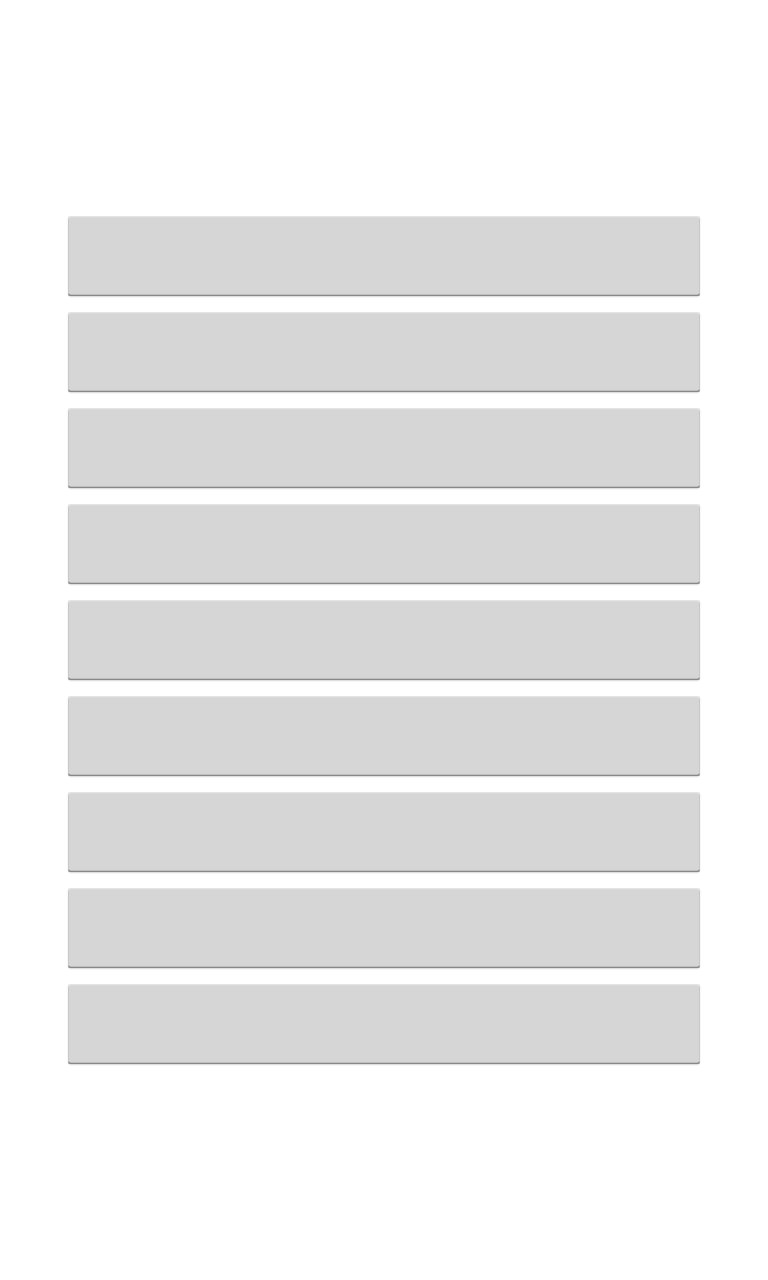
Repository: thiagopsilva/Android-book
Layout: Audio/res/layout/activity_audio.xml
An editor plug-in stored every save of this project. The layout is shown before and after the next save, followed by the edit.
It is drawn on a 768 x 1280 px phone screen (xhdpi) without system bars, with theme AppTheme; the app's code is not run.

Above is the layout before, as saved 2012-12-13 16:41:03.

### Audio/res/layout/activity_audio.xml
<LinearLayout xmlns:android="http://schemas.android.com/apk/res/android"
    xmlns:tools="http://schemas.android.com/tools"
    android:orientation="vertical"
    android:gravity="center"
    android:layout_width="fill_parent"
    android:layout_height="fill_parent"
    android:padding="30dip"
    tools:context=".Audio" >

    	<Button
        	android:id="@+id/button_1"
        	android:layout_width="fill_parent"
        	android:layout_height="wrap_content"/>
		<Button
        	android:id="@+id/button_2"
        	android:layout_width="fill_parent"
        	android:layout_height="wrap_content"/>
		<Button
        	android:id="@+id/button_3"
        	android:layout_width="fill_parent"
        	android:layout_height="wrap_content"/>
		<Button
        	android:id="@+id/button_4"
        	android:layout_width="fill_parent"
        	android:layout_height="wrap_content"/>
		<Button
        	android:id="@+id/button_5"
        	android:layout_width="fill_parent"
        	android:layout_height="wrap_content"/>
		<Button
        	android:id="@+id/button_6"
        	android:layout_width="fill_parent"
        	android:layout_height="wrap_content"/>
		<Button
        	android:id="@+id/button_7"
        	android:layout_width="fill_parent"
        	android:layout_height="wrap_content"/>
		<Button
        	android:id="@+id/button_8"
        	android:layout_width="fill_parent"
        	android:layout_height="wrap_content"/>
		<Button
        	android:id="@+id/button_9"
        	android:layout_width="fill_parent"
        	android:layout_height="wrap_content"/>
</LinearLayout>

Loaded but not shown: Audio/res/values/styles.xml (common file); Audio/res/values-v11/styles.xml (common file); Audio/res/values-v14/styles.xml (common file)

After the next save:
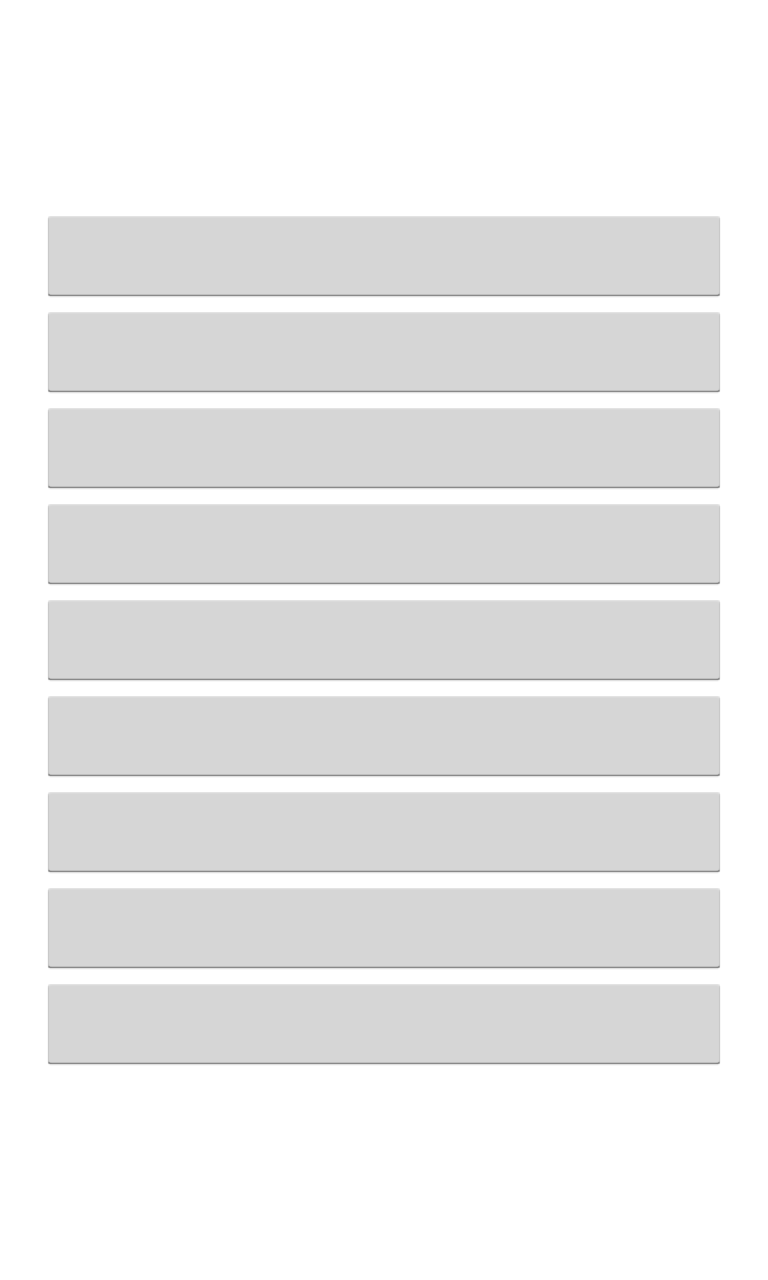
Saved 74 s later.
--- a/Audio/res/layout/activity_audio.xml
+++ b/Audio/res/layout/activity_audio.xml
@@ -4,7 +4,7 @@
     android:gravity="center"
     android:layout_width="fill_parent"
     android:layout_height="fill_parent"
-    android:padding="30dip"
+    android:padding="20dip"
     tools:context=".Audio" >
 
     	<Button
